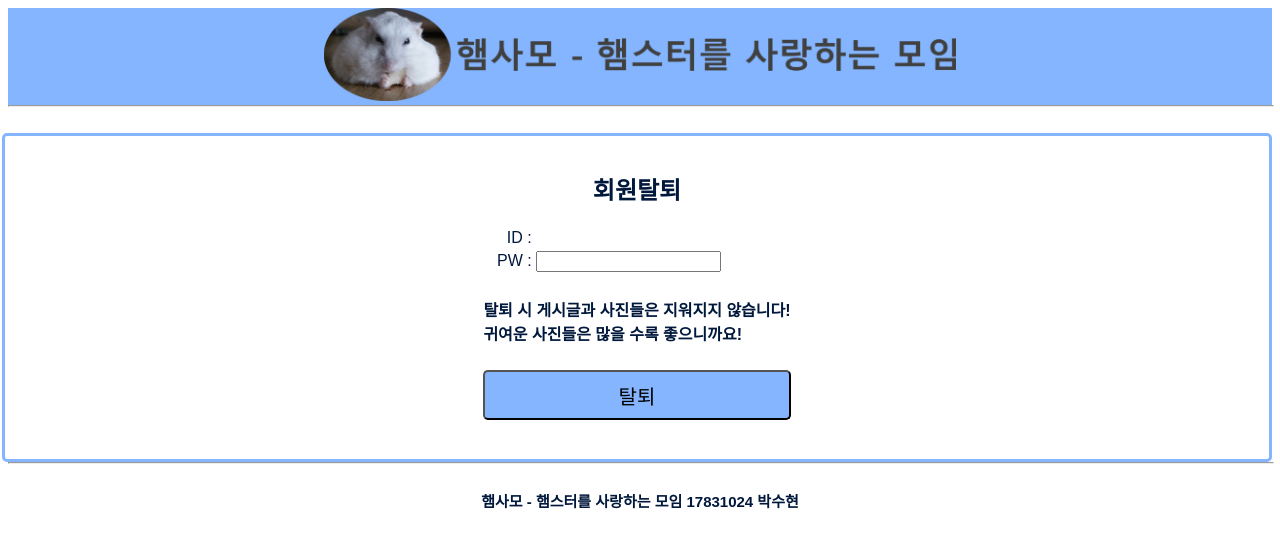
Repository: hyun5292/school
Page: http://localhost/HamSaMo/WEB-INF/views/member/GetOutForm.jsp
An editor plug-in stored every save of this project. The page is shown before and after the next save, followed by the edit.
The browser window is 1280 px wide. The pictures show the whole page.
The page is served by Tomcat 9. Nobody is signed in. Other server files are loaded and not shown. The template is opened directly, without the code that normally fills it, so the values that code supplies are empty.

Above is the page before, as saved 2019-12-10 11:58:45.

### spring/HamSaMo/HamSaMo/src/main/webapp/WEB-INF/views/member/GetOutForm.jsp
<%@ page language="java" contentType="text/html; charset=UTF-8"
	pageEncoding="UTF-8"%>
<!-- jstl -->
<%@ taglib prefix="c" uri="http://java.sun.com/jsp/jstl/core"%>
<!DOCTYPE html>
<html>
<head>
<meta charset="EUC-KR">
<title>햄사모 - 햄스터를 사랑하는 모임</title>
<script
	src="http://ajax.googleapis.com/ajax/libs/jquery/3.3.1/jquery.min.js"></script>
<style>
#container {
	width: 100%;
	Height: 100%;
	font-family: 'arial';
	color: #00183b;
}

#header {
	background-color: #84b5fe;
	float: left;
	width: 100%;
	height: 10%;
}

#content {
	float: right;
	width: 100%;
	height: 80%;
	border-radius: 5px;
	border: solid 3px #84b5fe;
}

#footer {
	clear: both;
	width: 100%;
	height: 10%;
	font-size: 15px;
	font-weight: bold;
}

#btn_light {
	background-color: white;
	width: 100%;
	height: 50px;
	border-radius: 5px;
	border: bold 1px #84b5fe;
	font-size: 20px;
}

#btn_dark {
	background-color: #84b5fe;
	width: 100%;
	height: 50px;
	border-radius: 5px;
	border: bold 1px white;
	font-size: 20px;
}
</style>
<script>
	function check() {
		if (document.myform.mPw.value == "") {
			alert("비밀번호를 입력하세요!!");
			document.myform.mPw.focus();
			return false;
		}
		if (document.myform.mPw.value != document.myform.mPwChk.value) {
			alert("비밀번호가 일치하지 않습니다!!");
			document.myform.mPw.focus();
			return false;
		}
	}
</script>
</head>
<body>
	<article>
		<div id="container">
			<div id="header">
				<center>
					<a href="list"><img width="50%"
						src="${pageContext.request.contextPath}/resources/images/title.png">
					</a>
				</center>
			</div>
			<br />
			<hr width="100%" />
			<br />
			<div id="content" align="center">
				<h1 style="padding-top: 15px">회원탈퇴</h1>
				<center>
					<table>
						<form name="myform" action="getout" method="post"
							onSubmit="return check()">
							<input type="hidden" name="mId" value="${dto.mId}"> <input
								type="hidden" name="mPwChk" value="${dto.mPw}">
							<tr>
								<td align="right">ID :</td>
								<td>${dto.mId}</td>
							</tr>
							<tr>
								<td align="right">PW :</td>
								<td><input type="password" name="mPw"></td>
							</tr>
							<tr>
								<td height="50px" colspan="2"><h4>
						탈퇴 시 게시글과 사진들은 지워지지 않습니다!</br> 귀여운 사진들은 많을 수록 좋으니까요!
					</h4></td>
							</tr>
							<tr>
								<td colspan="2"><input type="submit" id="btn_dark"
									value="탈퇴"></td>
							</tr>
						</form>
					</table>
				</center>
				<br /> <br />
			</div>
			<br />
			<hr width="100%" />
			<br />
			<center>
				<div id="footer">햄사모 - 햄스터를 사랑하는 모임 17831024 박수현</div>
			</center>
		</div>
</body>
</html>

After the next save:
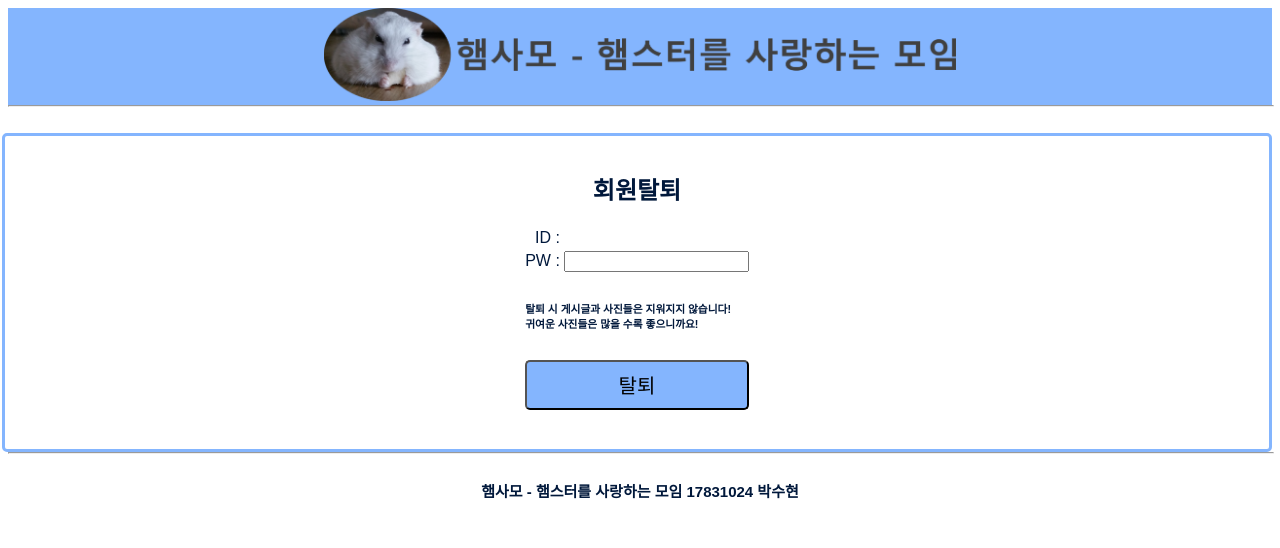
Saved 12 s later.
--- a/spring/HamSaMo/HamSaMo/src/main/webapp/WEB-INF/views/member/GetOutForm.jsp
+++ b/spring/HamSaMo/HamSaMo/src/main/webapp/WEB-INF/views/member/GetOutForm.jsp
@@ -103,9 +103,9 @@
 								<td><input type="password" name="mPw"></td>
 							</tr>
 							<tr>
-								<td height="50px" colspan="2"><h4>
+								<td height="50px" colspan="2"><h6>
 						탈퇴 시 게시글과 사진들은 지워지지 않습니다!</br> 귀여운 사진들은 많을 수록 좋으니까요!
-					</h4></td>
+					</h6></td>
 							</tr>
 							<tr>
 								<td colspan="2"><input type="submit" id="btn_dark"
